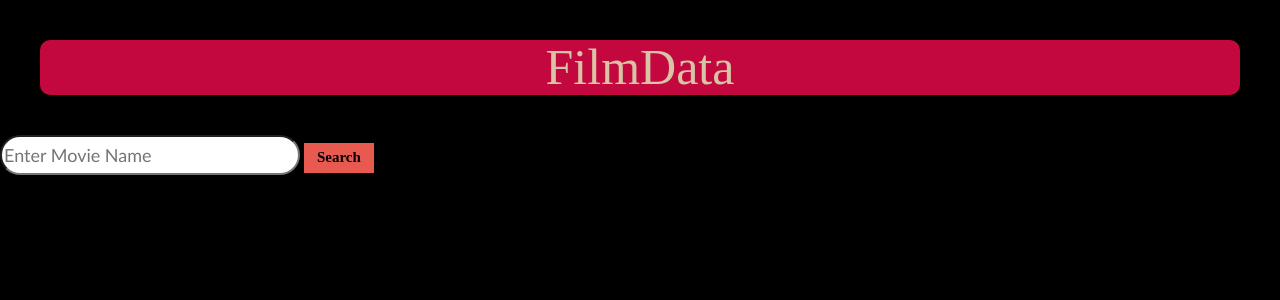
Repository: priyankajainmodi/film_data
Page: index.html
These files come from the project's save history. The page is drawn as it stood at one moment and after the next save; the edit follows.
The browser window is 1280 px wide. The pictures show the whole page.
Some web fonts or font styles are not loaded; a fallback is used.

Above is the page before, as saved 2021-12-03 23:41:16.

### index.html
<html>

<head>
    <title>FilmData</title>
    <link rel="stylesheet" href="https://fonts.googleapis.com/css?family=Karma">
    <link rel="icon" href="favicon/favicon.ico" type="image/x-icon">
    <link rel="stylesheet" href="https://cdnjs.cloudflare.com/ajax/libs/font-awesome/4.7.0/css/font-awesome.min.css">
    <!-- Latest compiled and minified CSS -->
    <link rel="stylesheet" href="https://maxcdn.bootstrapcdn.com/bootstrap/3.4.1/css/bootstrap.min.css">

    <!-- jQuery library -->
    <script src="https://ajax.googleapis.com/ajax/libs/jquery/3.5.1/jquery.min.js"></script>

    <!-- Latest compiled JavaScript -->
    <script src="https://maxcdn.bootstrapcdn.com/bootstrap/3.4.1/js/bootstrap.min.js"></script>
    <meta name="viewport" content="width=device-width, initial-scale=1.0">
    <style>
        body {
            background: black !important;
        }

        #leftbox {
            float: left;
            margin-top: 20;
            width: 30%;
            height: 455px;
            margin-bottom: 30;
        }

        #rightbox {
            float: right;
            margin-top: 20;
            width: 70%;
            height: 455px;
            margin-bottom: 30;
        }

        .button {
            background-color: #E85A4F;
            border: none;
            color: black;
            text-align: center;
            font-size: 15px;
            opacity: 1;
            transition: 0.3s;
            display: inline-block;
            text-decoration: none;
            cursor: pointer;
            height: 30px;
            width: 70px;
            font-family: Karma;
        }

        .button:hover {
            opacity: 0.6
        }
    </style>

</head>

<body bgcolor="#0B0C10">
    <h1 id="heading" style="color:#D8C3A5;margin-bottom:50;border-radius:10px; text-align:center;font-family: Karma;;background-color:#C3073F;font-size:50px;margin:40px;">FilmData</h1>

    <div id="enter">



        <input class="input" style=" border-radius:20px;height:40;width:300;font-size:18;font-family:calibri;" type="text" placeholder="Enter Movie Name"></input>
        <button class="button"><b>Search</b></button>

    </div>

    <div id="content">
        <div>
            <div id="leftbox">
            </div>
            <div id="rightbox"></div>
        </div>
        <br>
        <br>
        <table id="tb">

        </table>
    </div>

    <script src="https://cdn.jsdelivr.net/npm/axios/dist/axios.min.js"></script>
    <script src="film_data.js"></script>
</body>

</html>

### film_data.js
function reset() {
    while (document.querySelector('iframe') != null) {
        document.querySelector('iframe').remove();
    }
    while (document.querySelector('img') != null) {
        document.querySelector('img').remove();
    }

    let tble = document.querySelector('#tb');
    tble.innerHTML = "";
    while (document.querySelector('h2') != null) {
        document.querySelector('h2').remove();
    }

}
let inp = document.querySelector('input');
let but = document.querySelector('button')



but.onclick = () => {
    fetch(`https://www.omdbapi.com/?t=${inp.value}&apikey=a5b97ecf`)
        .then((res) => { return res.json(); })
        .then((data) => {

            if (data.Response == 'False') {
                reset();
                let p = document.createElement('h2');
                p.append(`${data.Error} \n Check the spelling once`);
                p.style.color = 'white';
                document.querySelector('#leftbox').appendChild(p);

            } else {
                reset();
                let tble = document.querySelector('#tb');
                let row1 = tble.insertRow(0);
                let cell11 = row1.insertCell(0);
                let cell12 = row1.insertCell(1);
                let row2 = tble.insertRow(1);
                let cell21 = row2.insertCell(0);
                let cell22 = row2.insertCell(1);
                let row3 = tble.insertRow(2);
                let cell31 = row3.insertCell(0);
                let cell32 = row3.insertCell(1);
                let row4 = tble.insertRow(3);
                let cell41 = row4.insertCell(0);
                let cell42 = row4.insertCell(1);
                let row5 = tble.insertRow(4);
                let cell51 = row5.insertCell(0);
                let cell52 = row5.insertCell(1);
                let row6 = tble.insertRow(5);
                let cell61 = row6.insertCell(0);
                let cell62 = row6.insertCell(1);
                let video = document.createElement('iframe');
                video.height = 400;
                video.width = 900;
                let img = document.createElement('img');
                let divi1 = document.querySelector('#leftbox');
                divi1.appendChild(img);

                fetch(`https://imdb-api.com/en/API/SearchMovie/k_3pxoshah/${inp.value}`)
                    .then(res => { return res.json(); })
                    .then((data) => { return data.results[0].id })
                    .then((title) => {

                        fetch(`https://imdb-api.com/en/API/YouTubeTrailer/k_3pxoshah/${title}`)
                            .then((res) => { console.log(res); return res.json() })
                            .then((data) => {
                                console.log(data.videoUrl);
                                if (data.videoUrl == null) {
                                    let box = document.querySelector("#rightbox");
                                    let h = document.createElement('h2');
                                    h.textContent = "Trailer not available >_<"
                                    h.style.color = 'white';
                                    box.appendChild(h);
                                } else {
                                    let url = `${data.videoUrl.replace('watch?v=', 'embed/')}`;
                                    video.src = `${url}`;
                                    let divi = document.querySelector("#rightbox");
                                    divi.appendChild(video);
                                }



                            })

                    })
                    .catch((err) => { console.log(err); })


                img.src = data.Poster;
                img.style.display = 'block';
                img.alt = "image couldn't load -_-";
                img.style.color = 'white';

                //row for actor details

                row1.style.fontSize = 20;
                row1.style.fontFamily = 'Karma';
                cell11.innerHTML = 'Actors';
                cell12.innerHTML = `${data.Actors}`;
                cell11.style.color = '#E85A4F';
















                cell12.style.color = 'white';
                cell11.style.paddingRight = 50;
                cell12.style.width = 700;

                //row for director detail

                row2.style.fontSize = 20;
                row2.style.fontFamily = 'Karma';
                cell21.innerHTML = 'Director';
                cell22.innerHTML = `${data.Director}`;
                cell21.style.color = '#E85A4F';



                cell22.style.color = 'white';
                cell21.style.paddingRight = 50;
                cell22.style.width = 700;

                //row for genre detail

                row3.style.fontSize = 20;
                row3.style.fontFamily = 'Karma';
                cell31.innerHTML = 'Genre';
                cell32.innerHTML = `${data.Genre}`;
                cell31.style.color = '#E85A4F';



                cell32.style.color = 'white';
                cell31.style.paddingRight = 50;
                cell32.style.width = 700;

                //row for plot

                row4.style.fontSize = 20;
                row4.style.fontFamily = 'Karma';
                cell41.innerHTML = 'Plot';
                cell42.innerHTML = `${data.Plot}`;
                cell41.style.color = '#E85A4F';



                cell42.style.color = 'white';
                cell41.style.paddingRight = 50;
                cell42.style.width = 700;

                //row for movie time


                row5.style.fontSize = 20;
                row5.style.fontFamily = 'Karma';
                cell51.innerHTML = 'Duration';
                let time = parseInt(data.Runtime);
                cell52.innerHTML = `${Math.floor(time/60)} hr ${time%60} min`;
                cell51.style.color = '#E85A4F';



                cell52.style.color = 'white';
                cell51.style.paddingRight = 50;
                cell52.style.width = 700;

                //imdb rating


                row6.style.fontSize = 20;
                row6.style.fontFamily = 'Karma';
                cell61.innerHTML = 'imdbRating';

                cell62.innerHTML = `${data.imdbRating}/10`;
                cell61.style.color = '#E85A4F';



                cell62.style.color = 'white';
                cell61.style.paddingRight = 50;
                cell62.style.width = 700;




            }


        })
}

After the next save:
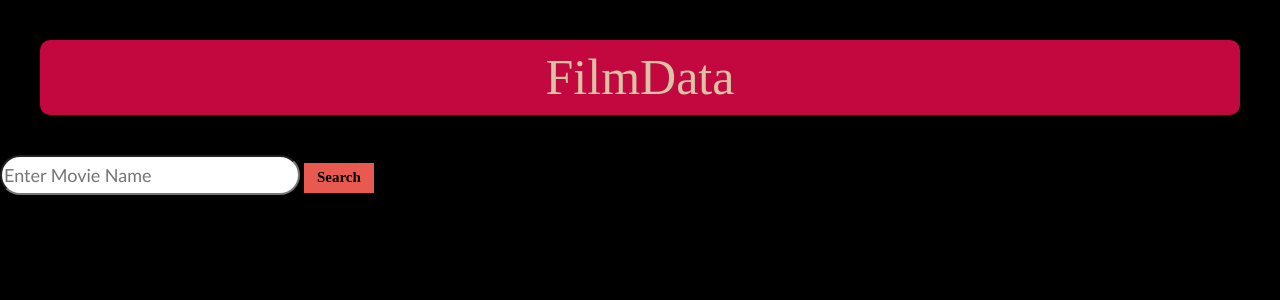
Saved 52 s later.
--- a/index.html
+++ b/index.html
@@ -59,7 +59,7 @@
 </head>
 
 <body bgcolor="#0B0C10">
-    <h1 id="heading" style="color:#D8C3A5;margin-bottom:50;border-radius:10px; text-align:center;font-family: Karma;;background-color:#C3073F;font-size:50px;margin:40px;">FilmData</h1>
+    <h1 id="heading" style="padding:10px;color:#D8C3A5;margin-bottom:50;border-radius:10px; text-align:center;font-family: Karma;;background-color:#C3073F;font-size:50px;margin:40px;">FilmData</h1>
 
     <div id="enter">
 

After the save that followed:
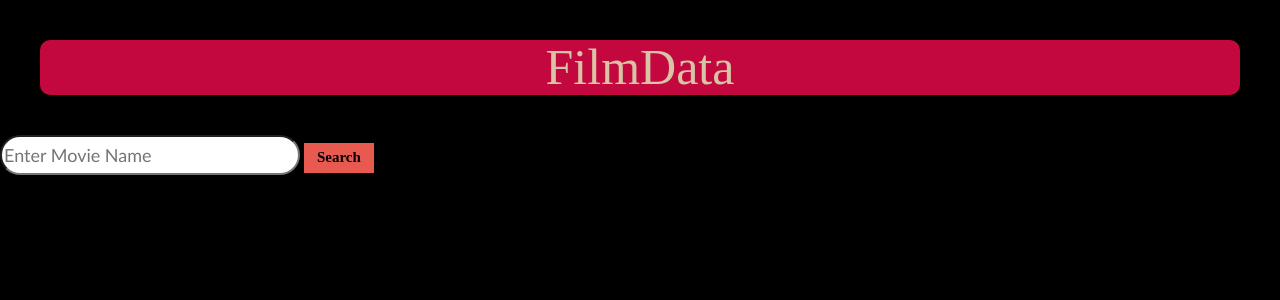
Saved 11 s later.
--- a/index.html
+++ b/index.html
@@ -59,7 +59,7 @@
 </head>
 
 <body bgcolor="#0B0C10">
-    <h1 id="heading" style="padding:10px;color:#D8C3A5;margin-bottom:50;border-radius:10px; text-align:center;font-family: Karma;;background-color:#C3073F;font-size:50px;margin:40px;">FilmData</h1>
+    <h1 id="heading" style="color:#D8C3A5;margin-bottom:50;border-radius:10px; text-align:center;font-family: Karma;;background-color:#C3073F;font-size:50px;margin:40px;">FilmData</h1>
 
     <div id="enter">
 
